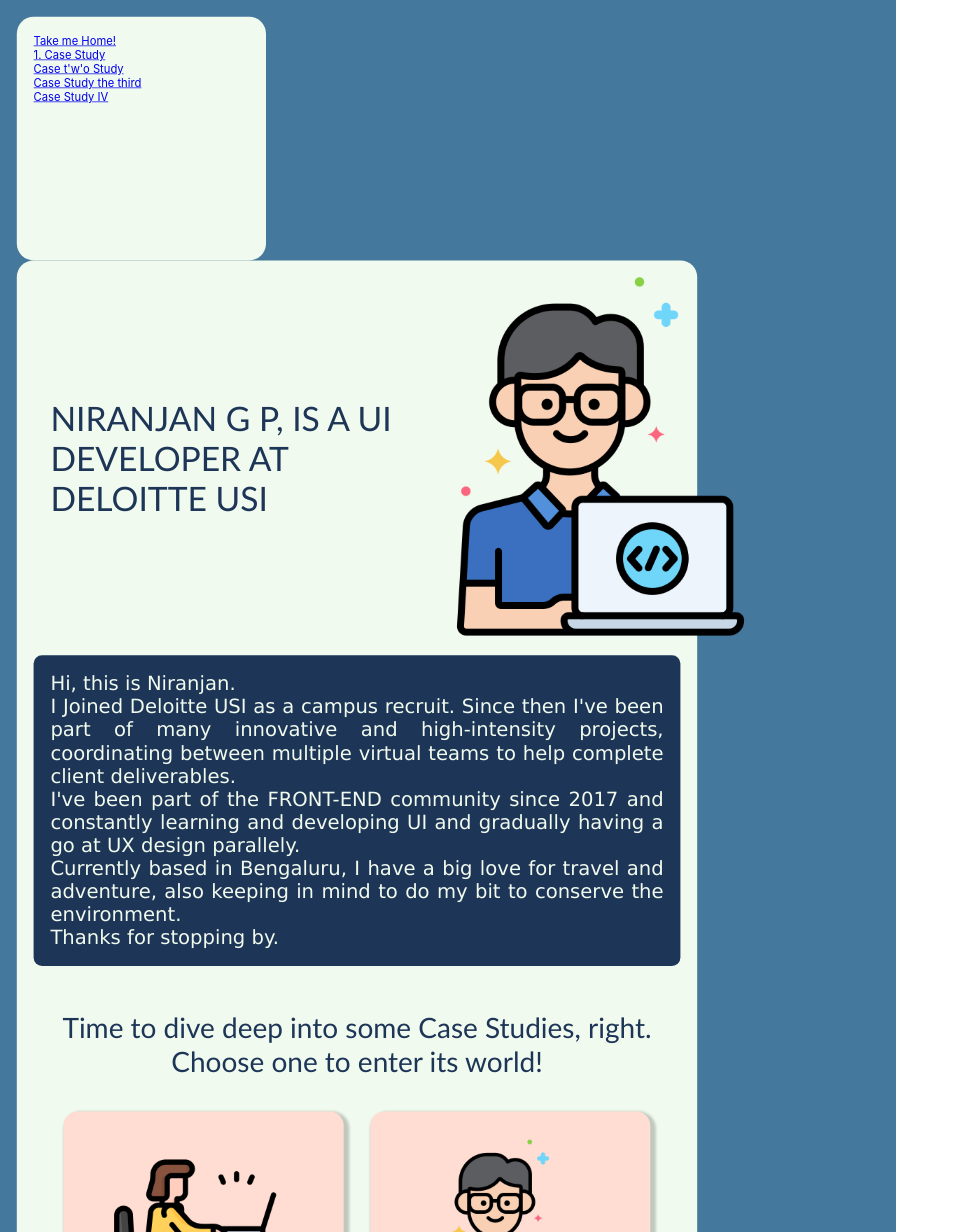
Repository: niranjangp/portfolioReact
Page: /
An editor plug-in stored every save of this project. The page is shown before and after the next save, followed by the edit.
The browser window is 1280 px wide. The page is 1280 px wide, then 1361 px, so the pictures cover 1361 px, including what lies to the right of the window. The pictures show the part of the page from y = 0 to 1760 px (the page is 2899 px tall before and 2599 px after), at 70% of full size.
The project was rebuilt for these pictures with package versions that can differ from the ones it lists, and the page was loaded fresh each time. Also part of the build but not shown: src/pages/csOne.jsx, src/pages/notFound.jsx.

Above is the page before, as saved 2022-02-01 00:41:41.

### public/index.html
<!DOCTYPE html>
<html lang="en">
  <head>
    <meta charset="utf-8" />
    <!--<link rel="icon" href="%PUBLIC_URL%/favicon.ico" />-->
    <meta name="viewport" content="width=device-width, initial-scale=1" />
    <meta name="theme-color" content="#000000" />
    <meta
      name="description"
      content="Web site created using create-react-app"
    />
    <!--<link rel="apple-touch-icon" href="%PUBLIC_URL%/logo192.png" />-->
    <!--
      manifest.json provides metadata used when your web app is installed on a
      user's mobile device or desktop. See https://developers.google.com/web/fundamentals/web-app-manifest/
    -->
    <link rel="manifest" href="%PUBLIC_URL%/manifest.json" />
    <!--
      Notice the use of %PUBLIC_URL% in the tags above.
      It will be replaced with the URL of the `public` folder during the build.
      Only files inside the `public` folder can be referenced from the HTML.

      Unlike "/favicon.ico" or "favicon.ico", "%PUBLIC_URL%/favicon.ico" will
      work correctly both with client-side routing and a non-root public URL.
      Learn how to configure a non-root public URL by running `npm run build`.
    -->
    <title>Portfolio</title>
  </head>
  <body>
    <noscript>You need to enable JavaScript to run this app.</noscript>
    <div id="root"></div>
    <!--
      This HTML file is a template.
      If you open it directly in the browser, you will see an empty page.

      You can add webfonts, meta tags, or analytics to this file.
      The build step will place the bundled scripts into the <body> tag.

      To begin the development, run `npm start` or `yarn start`.
      To create a production bundle, use `npm run build` or `yarn build`.
    -->
  </body>
</html>

### src/index.css
body {
  margin: 0;
  font-family: -apple-system, BlinkMacSystemFont, 'Segoe UI', 'Roboto', 'Oxygen',
    'Ubuntu', 'Cantarell', 'Fira Sans', 'Droid Sans', 'Helvetica Neue',
    sans-serif;
  -webkit-font-smoothing: antialiased;
  -moz-osx-font-smoothing: grayscale;
  box-sizing: border-box;
}

code {
  font-family: source-code-pro, Menlo, Monaco, Consolas, 'Courier New',
    monospace;
}

p {
  margin: 0;
}

### src/App.js
import './App.css';

import { Route, NavLink, Switch, Redirect } from 'react-router-dom';
import EnterTheDesign from './pages/enterDesign';
import CSOne from './pages/csOne';
import NotFound from './pages/notFound';

function App() {
  const flatIconLink = "https://www.flaticon.com/free-icons/programmer";


  return (
    <div className='App'>
      <div className="containerOne">
        <nav className='navigation'>
          <div>
            <NavLink activeClassName="link-sel" to="/enter-the-design">Take me Home!</NavLink>
          </div>
          <div>
            <NavLink activeClassName="link-sel" to="/cs-one">1. Case Study</NavLink>
          </div>
          <div>
            <NavLink activeClassName="link-sel" to="/cs-two">Case t'w'o Study</NavLink>
          </div>
          <div>
            <NavLink activeClassName="link-sel" to="/cs-three">Case Study the third</NavLink>
          </div>
          <div>
            <NavLink activeClassName="link-sel" to="/cs-three">Case Study IV</NavLink>
          </div>
        </nav>
        <main className='mainOne'>
          <Switch>
            <Route exact path="/" ><Redirect to="/enter-the-design" /></Route>
            <Route path="/enter-the-design" ><EnterTheDesign /></Route>
            <Route exact path="/cs-one" ><CSOne /></Route>

            <Route path="*"><NotFound /></Route>
          </Switch>
          {/*<div className='firstRow'>
            <div className="width-60">
              <p className='fr-info'>NIRANJAN G P, IS A UI DEVELOPER AT DELOITTE USI</p>
            </div>
            <div className="width-40 img-block">
              <img src={avatarIcon} alt="avatar-icon" className='avtr-img' />
            </div>
          </div>
          <div className='sec-row'>
            <p>Hi, this is Niranjan.</p>
            <p>I Joined Deloitte USI as a campus recruit. Since then I've been part of many innovative and high-intensity projects, coordinating between multiple virtual teams to help complete client deliverables.</p>
            <p>I've been part of the FRONT-END community since 2017 and constantly learning and developing UI and gradually having a go at UX design parallely.</p>
            <p>Currently based in Bengaluru, I have a big love for travel and adventure, also keeping in mind to do my bit to conserve the environment.</p>
            <p>Thanks for stopping by.</p>
          </div>*/}

        </main>
        <footer>
          <div className='footer-info'>
            <p>Niranjan G P</p>
            <p>Design & Develop</p>
            <p>Please consider the Environment while printing.</p>
          </div>
          <div>
            <a href={flatIconLink} title="programmer icons">Programmer icons created by Flat Icons - Flaticon</a>
            <a href="https://www.flaticon.com/free-icons/work-from-home" title="work from home icons">Work from home icons created by Freepik - Flaticon</a>
            {/*<a target="_blank" rel="noopener noreferrer" href={avatarLink}>Avatar</a> icon by <a target="_blank" rel="noopener noreferrer" href={icon8link}>Icons8</a>*/}
          </div>
        </footer>
      </div>

    </div>
  );
}

export default App;

### src/App.css
.containerOne {
  background-color: #45789d;
  padding: 24px;
}

.mainOne {
  width: 75%;
  /*margin-left: 20%;*/
  background-color: #F1FAEE;
  height: 100%;
  border-radius: 1.5rem;
  padding:24px;
}

.navigation {
  width: 25%;
  min-height: 300px;
  height: 100%;
  background-color: #F1FAEE;
  border-radius: 1.5rem;
  padding:24px;
}

.fr-info {
  font-size: 3rem;
  font-family:'Gill Sans', 'Gill Sans MT', Calibri, 'Trebuchet MS', sans-serif;
  padding: 24px;
  color: #1d3557;
}

.firstRow {
  display: flex;
  align-items: center;
  margin-bottom: 1.5rem;
}

.width-60 {
  width: 60%;
}

.width-40 {
  width: 40%;
}

.fullWidth {
  width: 100%;
}

.img-block {
  text-align: center;
}

.sec-row {
  background-color: #1d3557;
  color: #f1faee;
  border-radius: 0.75rem;
  padding: 24px;
  font-family: 'Lucida Sans', 'Lucida Sans Regular', 'Lucida Grande', 'Lucida Sans Unicode', Geneva, Verdana, sans-serif;
  font-size: 28px;
  text-align: justify;
}

.centered {
  margin: 3rem auto;
  text-align: center;
  display: flex;
  justify-content: center;
  align-items: center;
}

.linkSel {
  text-decoration: underline;
  font-weight: bold;
}

.third-row {
  display: flex;
  flex-wrap: wrap;
  padding: 64px 24px;
}

.card-box {
  width: 50%;
  text-align: center;
}

.card {
  width: 400px;
  height: 450px;
  background-color: #ffddd2;
  border-radius: 20px;
  box-shadow: 4px 4px 4px 4px rgba(0, 0, 0, 0.2);
  margin: 3rem auto;
  flex-grow: 1;
  flex-shrink: 1;
  transition: width 500ms ease 0s;
}

.card:hover {
  box-shadow: 4px 4px 4px 8px rgba(0, 0, 0, 0.2);
  width: 420px;
  height: 470px;
  cursor: pointer;
}

.card a {
  text-decoration: none;
}

.card p {
  font-size: 32px;
  padding: 24px;
  color: #1d3557;
  font-family: Verdana, Geneva, Tahoma, sans-serif;
}

.card-icon {
  width: 256px;
  margin-top: 40px;
}

.intro-cs {
  text-align: center;
  font-size: 40px;
  color: #1d3557;
  font-family:'Trebuchet MS', 'Lucida Sans Unicode', 'Lucida Grande', 'Lucida Sans', Arial, sans-serif;
}

footer {
  width: 75%;
  margin-left: 20%;
  background-color: #F1FAEE;
  height: 100%;
  border-radius: 1.5rem;
  padding:24px;
}
.footer-info {
  font-size: 1.5rem;
}

/*.containerOne {
  background-color: #F1FAEE;
}
.mainOne {
  background-color: #a8dadc;
  width: 75%;
  margin-left: 20%;
  /-*background-color: #45789d;*-/
  height: 660px;
}

.p1 {
  color: #1d3557;
}
.p2 {
  color: #f1faee;
}*/

/*.App-logo {
  height: 40vmin;
  pointer-events: none;
}

@media (prefers-reduced-motion: no-preference) {
  .App-logo {
    animation: App-logo-spin infinite 20s linear;
  }
}

.App-header {
  background-color: #282c34;
  min-height: 100vh;
  display: flex;
  flex-direction: column;
  align-items: center;
  justify-content: center;
  font-size: calc(10px + 2vmin);
  color: white;
}

.App-link {
  color: #61dafb;
}*/

@keyframes App-logo-spin {
  from {
    transform: rotate(0deg);
  }
  to {
    transform: rotate(360deg);
  }
}

### src/pages/enterDesign.jsx
import React from 'react';
import Icons from '../assets/programmer.png';
import WorkingIcon from '../assets/working.png';
import { Link } from 'react-router-dom';


const enterDesign = () => {
    const avatarIcon = Icons;

    const navtoCardDet = () => {
        try {
            console.log('inside card det func');
        } catch (e) {
            console.log('Error in navToCardDet', e.stack());
        }
    }

    return (
        <React.Fragment>
            <div className='firstRow'>
                <div className="width-60">
                    <p className='fr-info'>NIRANJAN G P, IS A UI DEVELOPER AT DELOITTE USI</p>
                </div>
                <div className="width-40 img-block">
                    <img src={avatarIcon} alt="avatar-icon" className='avtr-img' />
                </div>
            </div>
            <div className='sec-row'>
                <p>Hi, this is Niranjan.</p>
                <p>I Joined Deloitte USI as a campus recruit. Since then I've been part of many innovative and high-intensity projects, coordinating between multiple virtual teams to help complete client deliverables.</p>
                <p>I've been part of the FRONT-END community since 2017 and constantly learning and developing UI and gradually having a go at UX design parallely.</p>
                <p>Currently based in Bengaluru, I have a big love for travel and adventure, also keeping in mind to do my bit to conserve the environment.</p>
                <p>Thanks for stopping by.</p>
            </div>
            <div className='third-row'>
                <div className='fullWidth intro-cs'>
                    <p>Time to dive deep into some Case Studies, right.</p>
                    <p>Choose one to enter its world!</p>
                </div>
                <div className='card-box'>
                    <div className="card">
                        <Link to="/cs-one">
                            <img src={WorkingIcon} alt="card-icon" className='card-icon' />
                            <p>Mandated Reporter</p>
                            {/*<p>Click to Enter!!!</p>*/}
                        </Link>
                    </div>
                </div>
                <div className='card-box'>
                    <div className="card" onClick={navtoCardDet}>
                        <img src={avatarIcon} alt="card-icon" className='card-icon' />
                        <p>Mandated Reporter</p>
                    </div>
                </div>
                <div className='card-box'>
                    <div className="card" onClick={navtoCardDet}>
                        <img src={avatarIcon} alt="card-icon" className='card-icon' />
                        <p>Mandated Reporter</p>
                    </div>
                </div>
                <div className='card-box'>
                    <div className="card" onClick={navtoCardDet}>
                        <img src={avatarIcon} alt="card-icon" className='card-icon' />
                        <p>Mandated Reporter</p>
                    </div>
                </div>
            </div>
        </React.Fragment>
    )
};

export default enterDesign;

Loaded but not shown: src/index.js (common file); src/reportWebVitals.js (common file)

After the next save:
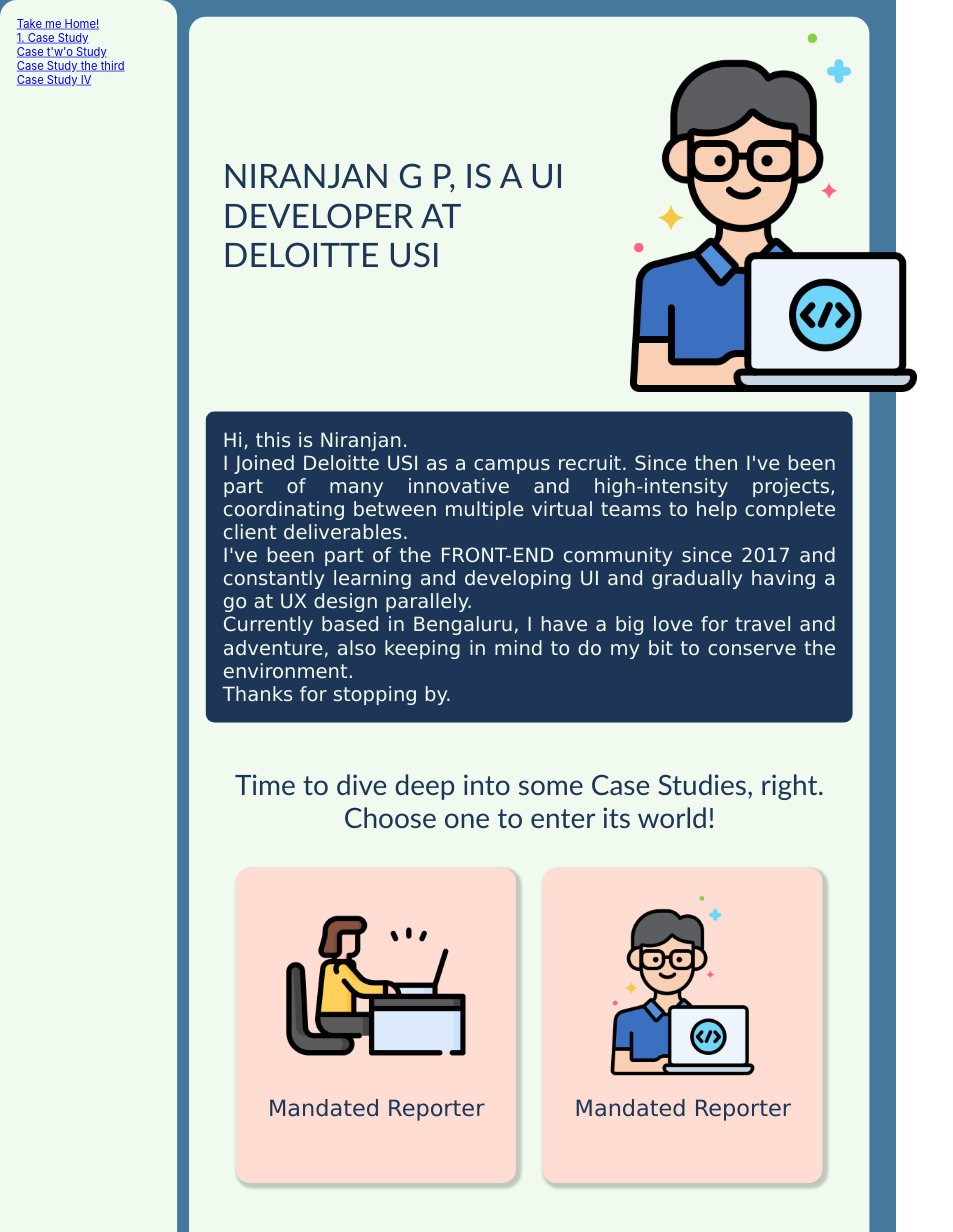
Saved 3 min 2 s later.
--- a/src/App.css
+++ b/src/App.css
@@ -1,11 +1,12 @@
 .containerOne {
   background-color: #45789d;
   padding: 24px;
+  position: relative;
 }
 
 .mainOne {
   width: 75%;
-  /*margin-left: 20%;*/
+  margin-left: 20%;
   background-color: #F1FAEE;
   height: 100%;
   border-radius: 1.5rem;
@@ -13,7 +14,10 @@
 }
 
 .navigation {
-  width: 25%;
+  position: absolute;
+  top: 0;
+  left: 0;
+  width: 16%;
   min-height: 300px;
   height: 100%;
   background-color: #F1FAEE;
